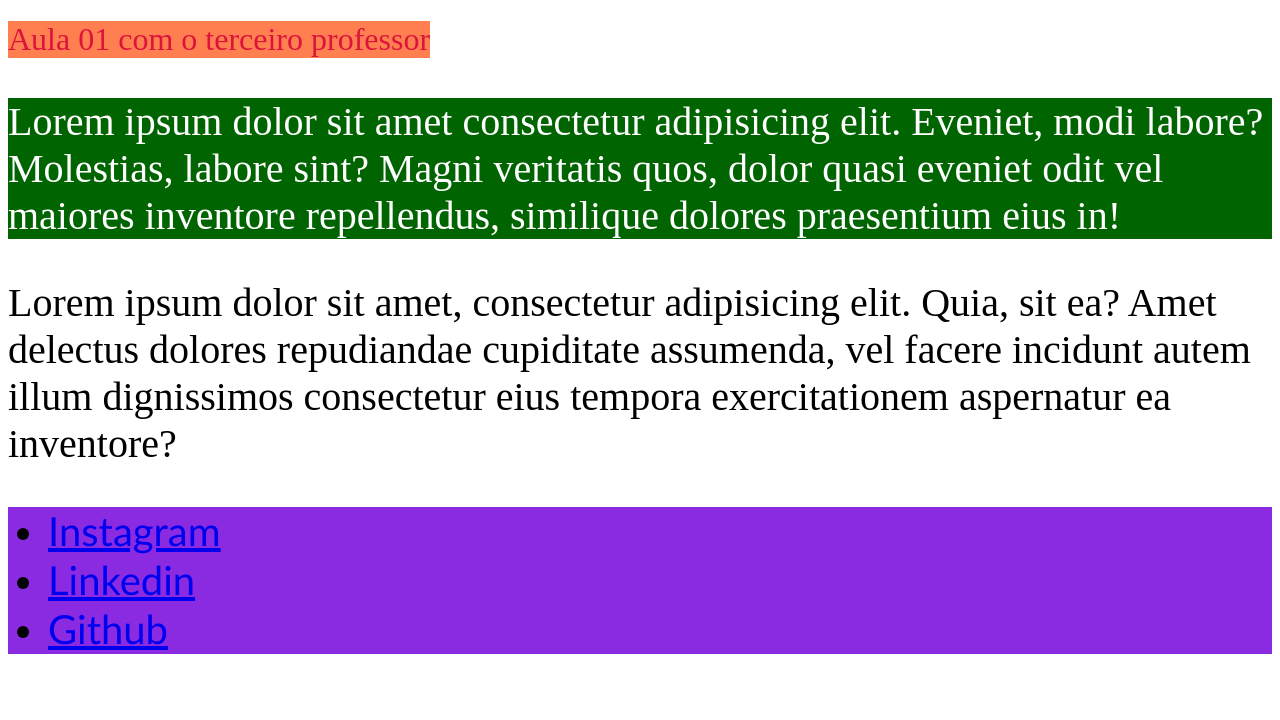
Repository: geracao-11/aula-01-pt2
Page: index.html
These files come from the project's save history. The page is drawn as it stood at one moment and after the next save; the edit follows.
The browser window is 1280 px wide. The pictures show the whole page.

Above is the page before, as saved 2025-04-09 10:58:14.

After the next save:
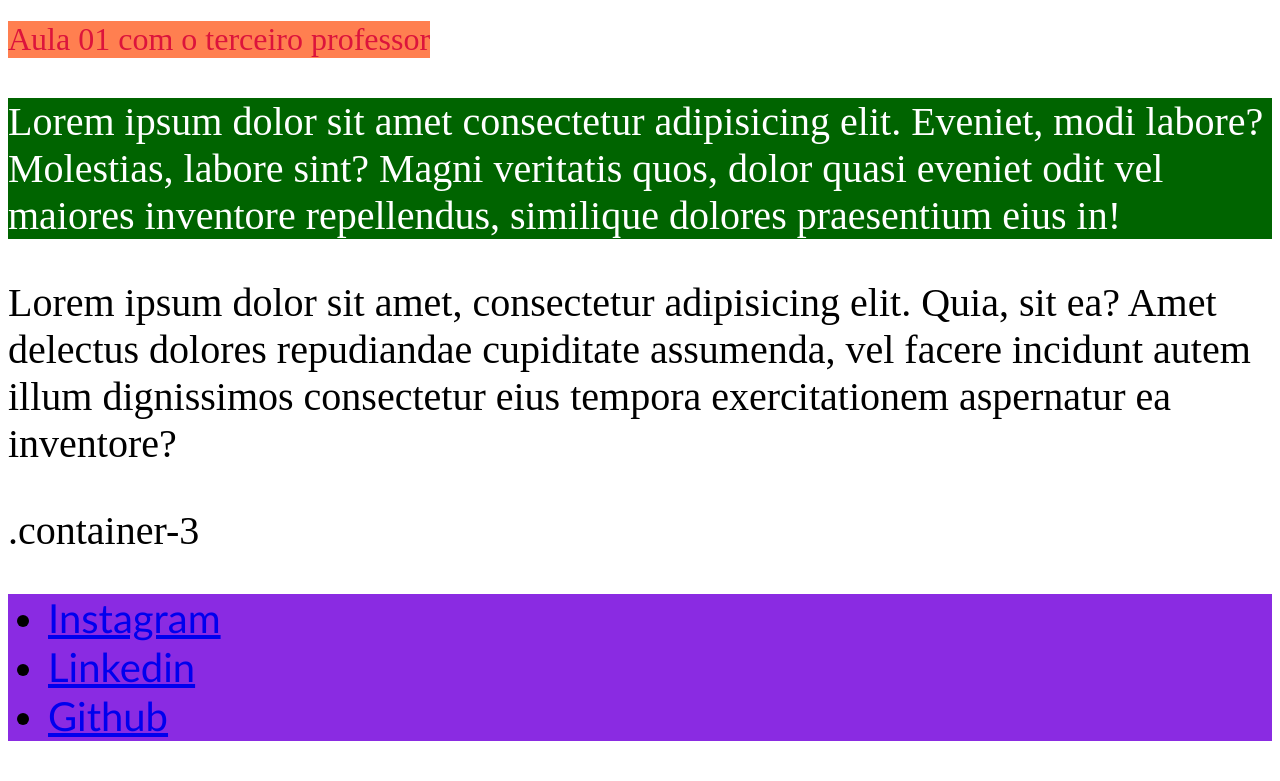
Saved 5 s later.
--- a/index.html
+++ b/index.html
@@ -20,7 +20,7 @@
             Lorem ipsum dolor sit amet, consectetur adipisicing elit. Quia, sit ea? Amet delectus dolores repudiandae cupiditate assumenda, vel facere incidunt autem illum dignissimos consectetur eius tempora exercitationem aspernatur ea inventore?
         </p>
       </div>
-      <div class="container-3"></div>
+      .container-3
       <div>
         <ul>
             <li>

After the save that followed:
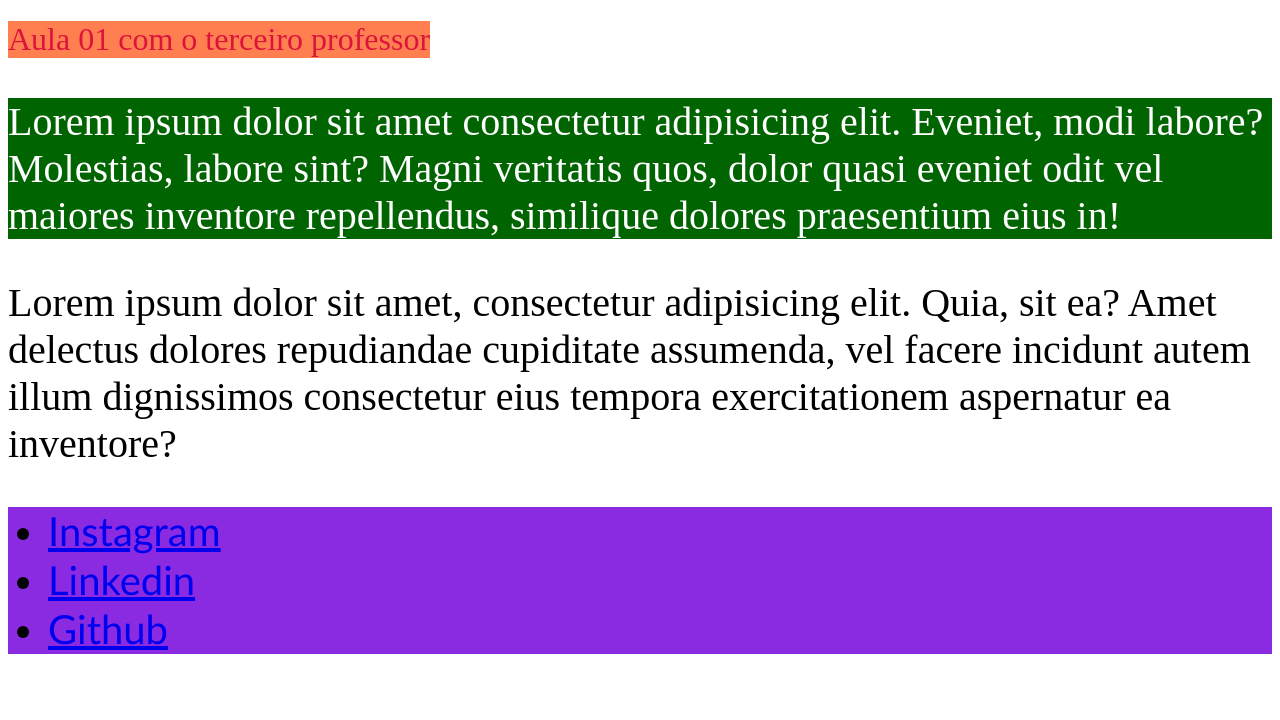
Saved 5 s later.
--- a/index.html
+++ b/index.html
@@ -20,7 +20,7 @@
             Lorem ipsum dolor sit amet, consectetur adipisicing elit. Quia, sit ea? Amet delectus dolores repudiandae cupiditate assumenda, vel facere incidunt autem illum dignissimos consectetur eius tempora exercitationem aspernatur ea inventore?
         </p>
       </div>
-      .container-3
+
       <div>
         <ul>
             <li>
